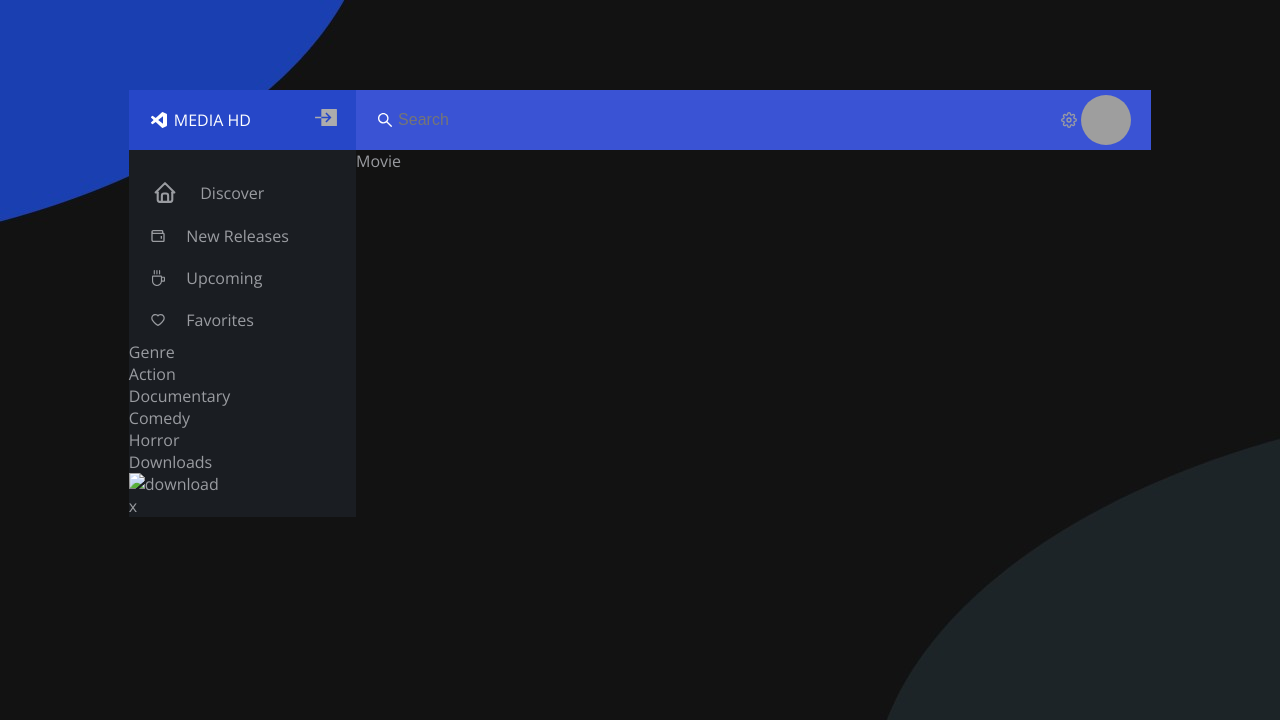
Repository: DevLaukey/movie-task
Page: /
An editor plug-in stored every save of this project. The page is shown before and after the next save, followed by the edit.
The browser window is 1280 px wide. The pictures show the whole page.
Pictures or frames that could not be fetched are drawn as grey boxes. The page's requests for data from a server got no answer. The project was rebuilt for these pictures with package versions that can differ from the ones it lists, and the page was loaded fresh each time. No one was signed in, and anything a server would have sent is missing. Also part of the build but not shown: src/components/Body/Movies.css.

Above is the page before, as saved 2022-06-15 20:44:49.

### src/App.js
import "./App.css"
import Body from "./components/Body/Body";
import Sidebar from "./components/Sidebar/Sidebar";
import axios from "axios";
import { useEffect, useState } from "react";

function App() {
  const [movies, setMovies] = useState([]);
  const url = "https://api.themoviedb.org/3/";
  const api = axios.create({ baseURL: url });

  const movieDetails = api.get(`/discover/movie?api_key=${process.env.REACT_APP_MOVIEDB_API}`, {
    params: process.env.MOVIEDB_API,
  });

  useEffect(() => {
    movieDetails.then((res) => {
      console.log(res.data.results);
    });
  }, [movies])
  return (
    <main className="App">
      <div className="App__container">
        <Sidebar />
        <Body />
      </div>
    </main>
  );
}

export default App;

### src/index.css
*{
    padding: 0;
    margin: 0;
    box-sizing: border-box;

}

### src/features/counter/counterSlice.js
import { createAsyncThunk, createSlice } from '@reduxjs/toolkit';
import { fetchCount } from './counterAPI';

const initialState = {
  value: 0,
  movies: 'idle',
};

// The function below is called a thunk and allows us to perform async logic. It
// can be dispatched like a regular action: `dispatch(incrementAsync(10))`. This
// will call the thunk with the `dispatch` function as the first argument. Async
// code can then be executed and other actions can be dispatched. Thunks are
// typically used to make async requests.
export const incrementAsync = createAsyncThunk(
  'counter/fetchCount',
  async (amount) => {
    const response = await fetchCount(amount);
    // The value we return becomes the `fulfilled` action payload
    return response.data;
  }
);

export const counterSlice = createSlice({
  name: 'counter',
  initialState,
  // The `reducers` field lets us define reducers and generate associated actions
  reducers: {
    increment: (state) => {
      // Redux Toolkit allows us to write "mutating" logic in reducers. It
      // doesn't actually mutate the state because it uses the Immer library,
      // which detects changes to a "draft state" and produces a brand new
      // immutable state based off those changes
      state.value += 1;
    },
    decrement: (state) => {
      state.value -= 1;
    },
    // Use the PayloadAction type to declare the contents of `action.payload`
    incrementByAmount: (state, action) => {
      state.value += action.payload;
    },
  },
  // The `extraReducers` field lets the slice handle actions defined elsewhere,
  // including actions generated by createAsyncThunk or in other slices.
  extraReducers: (builder) => {
    builder
      .addCase(incrementAsync.pending, (state) => {
        state.status = 'loading';
      })
      .addCase(incrementAsync.fulfilled, (state, action) => {
        state.status = 'idle';
        state.value += action.payload;
      });
  },
});

export const { increment, decrement, incrementByAmount } = counterSlice.actions;

// The function below is called a selector and allows us to select a value from
// the state. Selectors can also be defined inline where they're used instead of
// in the slice file. For example: `useSelector((state: RootState) => state.counter.value)`
export const selectCount = (state) => state.counter.value;

// We can also write thunks by hand, which may contain both sync and async logic.
// Here's an example of conditionally dispatching actions based on current state.
export const incrementIfOdd = (amount) => (dispatch, getState) => {
  const currentValue = selectCount(getState());
  if (currentValue % 2 === 1) {
    dispatch(incrementByAmount(amount));
  }
};

export default counterSlice.reducer;

### src/App.css
@import url('https://fonts.googleapis.com/css2?family=Open+Sans&display=swap');
.App{
    background-image: url(../public/back.jpg);
    width: 100vw;
    height: 100vh;
    background-size: cover;
    background-repeat: no-repeat;
    font-family: 'Open Sans', sans-serif;
    color: rgba(154,156,161,255);
}
.App__container{
    position: absolute;
    display: flex;
    justify-content: center;
    padding: 10vh;
    width: 100%;
}

### src/components/Body/Body.js
import React from "react";
import "./Body.css";
import Movies from "./Movies";
import Nav from "./Nav/Nav";
function Body() {
  return (
    <div className="body">
      <Nav />
      <Movies />
    </div>
  );
}

export default Body;

### src/components/Sidebar/Sidebar.js
import React from "react";
import "./Sidebar.css";
import { IoEnterSharp } from "react-icons/io5";
import { SiVisualstudiocode } from "react-icons/si";
import { TbHome } from "react-icons/tb";
import { BiWallet } from "react-icons/bi";
import { AiOutlineHeart, AiOutlineCoffee } from "react-icons/ai";


function Sidebar() {
  return (
    <div className="sidebar">
      <div className="sidebar__top">
        <div className="sidebar__left">
          <SiVisualstudiocode className="sidebar__logo" />
          <p className="sidebar__text">MEDIA HD</p>
        </div>
        <div className="sidebar__right">
          <IoEnterSharp
            style={{ color: "#acacac", height: "25", width: "30" }}
          />
        </div>
      </div>
      <div className="sidebar__bottom">
        <nav className="sidebar__group">
          <div className="sidebar__option">
            <TbHome style={{height: "25", width: "30"}}/>
            <p className="sidebar__option-text">Discover</p>
          </div>
          <div className="sidebar__option">
            <BiWallet />
            <p className="sidebar__option-text">New Releases</p>
          </div>
          <div className="sidebar__option">
            <AiOutlineCoffee />
            <p className="sidebar__option-text">Upcoming</p>
          </div>
          <div className="sidebar__option">
            <AiOutlineHeart />

            <p className="sidebar__option-text">Favorites</p>
          </div>
        </nav>
        <section className="sidebar__genre">
          <p className="sidebar__genre-bold-text">Genre</p>
          <p className="sidebar__genre-text">Action</p>
          <p className="sidebar__genre-text">Documentary</p>
          <p className="sidebar__genre-text">Comedy</p>
          <p className="sidebar__genre-text">Horror</p>
        </section>
        <section className="sidebar__downloads">
          <p className="sidebar__downloads-bold-text">Downloads</p>
          <img src="" alt="download" />
          <p className="sidebar__downloads-text">x</p>
        </section>
      </div>
    </div>
  );
}

export default Sidebar;

### src/components/Body/Body.css
.body{
    display: flex;
    flex-direction: column;
    top: -20px;
    width: 70%;
}

### src/components/Body/Movies.js
import React from 'react'
import Movie from './Movie'
import "./Movies.css"
function Movies() {
  return (
      <div>
          <Movie />
    </div>
  )
}

export default Movies

### src/components/Body/Nav/Nav.js
import React from 'react'
import "./Nav.css"
import { AiOutlineSearch} from "react-icons/ai";
import { FiSettings } from "react-icons/fi";

function Nav() {
  return (
    <div className="nav">
      <div className="nav__search">
        <AiOutlineSearch style={{ color: "white", fontSize: "20" }} />
        <input
          className="nav__search__input"
          type="text"
          placeholder="Search"
        />
      </div>
      <div className="nav__icons">
        <FiSettings />
        <img
          src={`https://dt2sdf0db8zob.cloudfront.net/wp-content/uploads/2019/12/9-Best-Online-Avatars-and-How-to-Make-Your-Own-for-Free-image1-5.png`}
          alt=""
          className="nav__avatar"
        />
      </div>
    </div>
  );
}

export default Nav

### src/components/Sidebar/Sidebar.css
.sidebar {
  display: flex;
  flex-direction: column;
  margin-top: 18px;
  width: 20%;
  align-items: center;
  background-color: rgba(26, 29, 34, 255);
}
.sidebar__top {
  display: flex;
  width: 100%;
  justify-content: space-between;
  align-items: center;
  padding: 15px;
  background-color: #2647c8;
}
.sidebar__left {
  color: #fff;
  display: flex;
  align-items: center;
}
.sidebar__logo {
  width: 30px;
}
.sidebar__bottom {
  width: 100%;
}

.sidebar__group {
  width: 100%;
  margin-top: 20px;
  display: flex;

  flex-direction: column;
}
.sidebar__option {
  display: flex;
  align-items: center;
  padding: 10px 20px 10px 0;
}
.sidebar__option > *{
margin-left: 10% ;
}
.sidebar__option:hover {
  background-color: #0c0c0c;
  color: rgba(25, 64, 181, 255);
  border-left: 1px solid #2647c8;
}

### src/components/Body/Movie.js
import React from 'react'
import "./Movies.css"
function Movie() {
  return (
    <div>Movie</div>
  )
}

export default Movie

### src/components/Body/Nav/Nav.css
.nav {
  width: 100%;
  display: flex;
  justify-content: space-between;
  margin-top: 18px;
  align-items: center;
  padding: 5px 20px;
  background-color: #3a53d4;
}
.nav__search {
  display: flex;
  align-items: center;
}
.nav__search__input {
  width: 100%;
  border: none;
  background-color: #3a53d4;
  color: #fff;
  margin-left: 4px;
  font-size: 1em;
}

.nav__search__input:focus {
  outline: none;
}
.nav__icons{
    display: flex;
    align-items: center;
}
.nav__avatar{
    margin-left: 4px;
  vertical-align: middle;
  width: 50px;
  height: 50px;
  border-radius: 50%
}

Loaded but not shown: public/index.html (common file); src/index.js (common file); src/app/store.js (common file); src/reportWebVitals.js (common file); src/features/counter/counterAPI.js (common file)

After the next save:
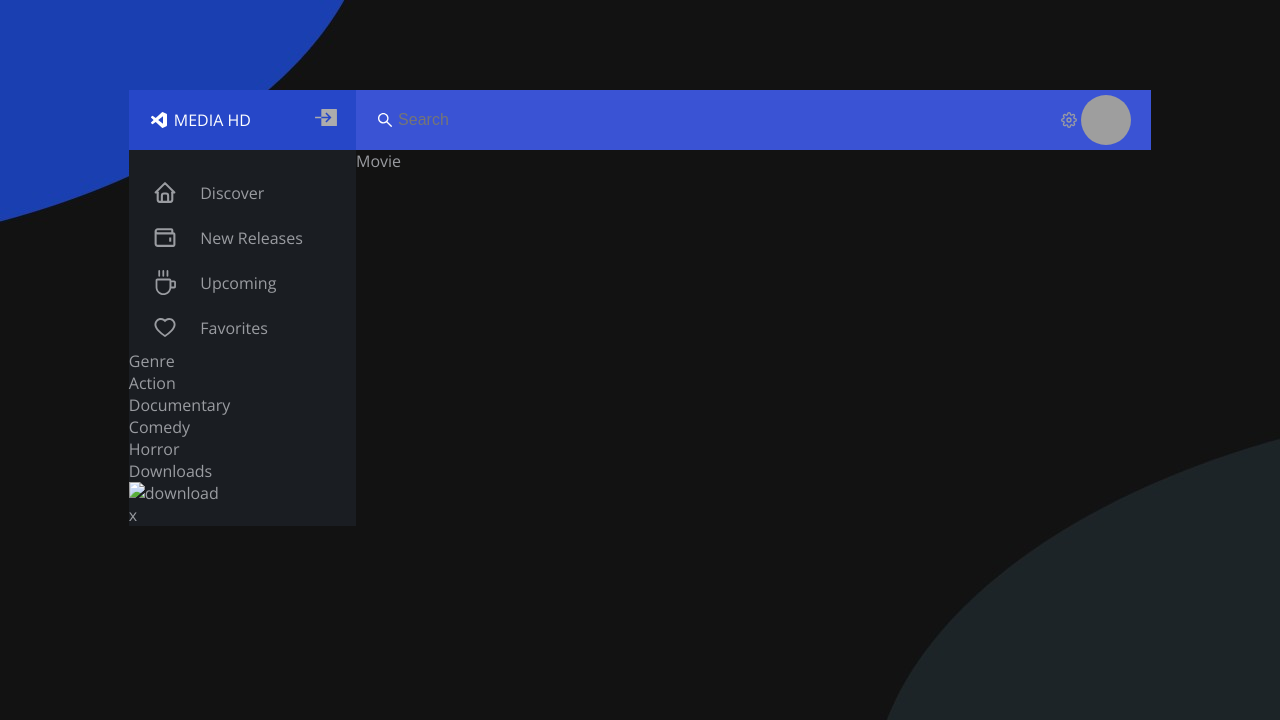
Saved 20 s later.
--- a/src/components/Sidebar/Sidebar.js
+++ b/src/components/Sidebar/Sidebar.js
@@ -24,19 +24,19 @@ function Sidebar() {
       <div className="sidebar__bottom">
         <nav className="sidebar__group">
           <div className="sidebar__option">
-            <TbHome style={{height: "25", width: "30"}}/>
+            <TbHome style={{ height: "25", width: "30" }} />
             <p className="sidebar__option-text">Discover</p>
           </div>
           <div className="sidebar__option">
-            <BiWallet />
+            <BiWallet style={{ height: "25", width: "30" }} />
             <p className="sidebar__option-text">New Releases</p>
           </div>
           <div className="sidebar__option">
-            <AiOutlineCoffee />
+            <AiOutlineCoffee style={{ height: "25", width: "30" }} />
             <p className="sidebar__option-text">Upcoming</p>
           </div>
           <div className="sidebar__option">
-            <AiOutlineHeart />
+            <AiOutlineHeart style={{ height: "25", width: "30" }} />
 
             <p className="sidebar__option-text">Favorites</p>
           </div>
